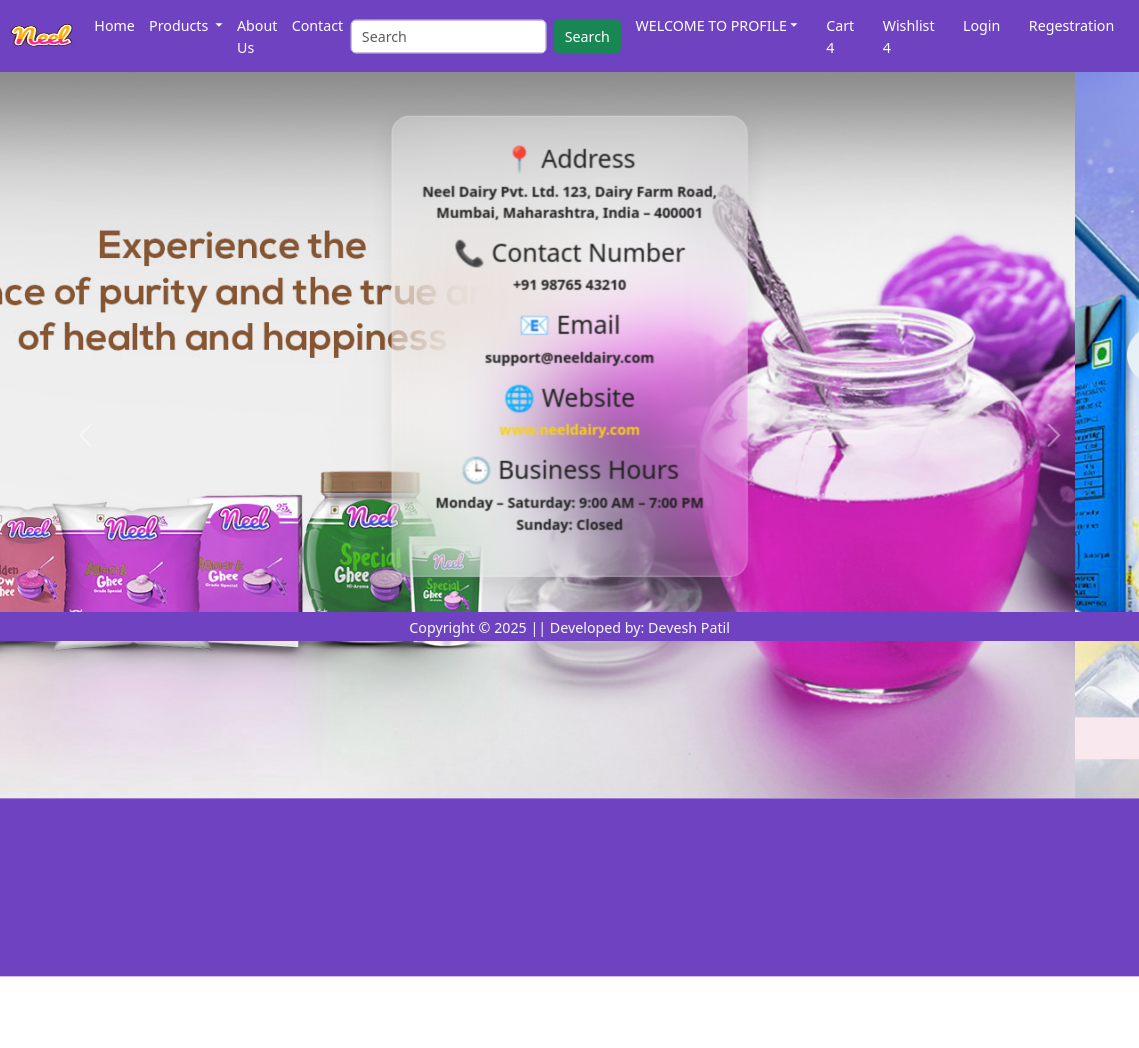
Repository: DeveshPatill/mydjango
Page: http://localhost/contact/
The author's editor kept a copy of each file at every save. The page is drawn from the files as they stood at one save, then again after the next save.
The browser window is 1280 px wide. The pictures show the whole page, at 89% of full size.
The page is served by the project's application, run on Django 5.2 (ec/manage.py). Other server files are loaded and not shown.

Above is the page before, as saved 2025-03-23 03:14:26.

### ec/app/templates/app/contact.html
{% extends 'app/base.html' %}
{% load static %}
{% block title %}About{% endblock title %}


{% block main-content %}
<!-- Background Image Carousel -->
<div id="backgroundCarousel" class="carousel slide" data-bs-ride="carousel">
    <div class="carousel-inner">
        <div class="carousel-item active">
            <img src="{%static 'app/images/banner/b1.jpg' %}" class="d-block w-100" alt="Dairy Banner 1">
        </div>
        <div class="carousel-item">
            <img src="{%static 'app/images/banner/b2.jpg' %}" class="d-block w-100" alt="Dairy Banner 2">
        </div>
        <div class="carousel-item">
            <img src="{%static 'app/images/banner/b3.jpg' %}" class="d-block w-100" alt="Dairy Banner 3">
        </div>
    </div>

    <!-- Carousel Controls -->
    <button class="carousel-control-prev" type="button" data-bs-target="#backgroundCarousel" data-bs-slide="prev">
        <span class="carousel-control-prev-icon" aria-hidden="true"></span>
        <span class="visually-hidden">Previous</span>
    </button>
    <button class="carousel-control-next" type="button" data-bs-target="#backgroundCarousel" data-bs-slide="next">
        <span class="carousel-control-next-icon" aria-hidden="true"></span>
        <span class="visually-hidden">Next</span>
    </button>
</div>

<!-- Fixed Contact Information (Centered Bottom) -->
<div class="contact-box mx-8 mt-5">
    <h3>📍 Address</h3>
    <p>Neel Dairy Pvt. Ltd.
    123, Dairy Farm Road, Mumbai, Maharashtra, India – 400001</p>

    <h3>📞 Contact Number</h3>
    <p>+91 98765 43210</p>

    <h3>📧 Email</h3>
    <p>support@neeldairy.com</p>

    <h3>🌐 Website</h3>
    <p><a href="https://www.neeldairy.com" target="_blank">www.neeldairy.com</a></p>

    <h3>🕒 Business Hours</h3>
    <p>Monday – Saturday: 9:00 AM – 7:00 PM
    Sunday: Closed</p>
</div>

<style>
    /* Set the carousel image size */
    .carousel-item img {
        width: 100%;
        height: 816px;
        object-fit: cover;
    }

    /* Contact Box - Fixed Center Bottom */
    .contact-box {
        position: absolute;
        bottom: 10%;
        left: 50%;
        transform: translate(-50%, 0);
        background: rgba(0, 0, 0, 0.7);
        color: white;
        padding: 20px;
        border-radius: 10px;
        text-align: center;
        width: 400px;
    }

    .contact-box a {
        color: #f8d210;
        text-decoration: none;
    }

    .contact-box a:hover {
        text-decoration: underline;
    }
    .contact-box {
    background: rgba(255, 255, 255, 0.2); /* More transparent, less white */
    backdrop-filter: blur(50px) saturate(180%); /* High blur + slight saturation for mirror effect */
    -webkit-backdrop-filter: blur(50px) saturate(180%);
    border-radius: 20px; /* Smooth corners */
    padding: 30px;
    color: #222; /* Darker text for contrast */
    font-weight: bold;
    box-shadow: 0 10px 25px rgba(0, 0, 0, 0.1); /* Softer and subtle depth */
    border: 1px solid rgba(255, 255, 255, 0.3); /* Thin border for a frosted look */
    }
</style>

<nav class="navbar navbar-expand-lg navbar-dark" style="background-color: #6f42c1; height: 200px;">
    <div class="container-fluid">
    </div>
</nav>
{% endblock main-content %}

### ec/app/templates/app/base.html
<!DOCTYPE html>
{% load static %}
<html lang="en">
<head>
    <meta charset="UTF-8">
    <meta http-equiv="X-UA-Compatible" content="IE=edge">
    <meta name="viewport" content="width=device-width, initial-scale=1.0">

    <link href="https://cdn.jsdelivr.net/npm/bootstrap@5.3.3/dist/css/bootstrap.min.css" rel="stylesheet" integrity="sha384-QWTKZyjpPEjISv5WaRU9OFeRpok6YctnYmDr5pNlyT2bRjXh0JMhjY6hW+ALEwIH" crossorigin="anonymous">

    <link rel="stylesheet" href="{% static 'app/css/owl.carousel.min.css' %}" />
    <link rel="stylesheet" href="{% static 'app/css/all.min.css' %}" />
    <link rel="stylesheet" href="{% static 'app/css/style.css' %}" />

    <title> Dairy Products | {% block title %} {% endblock title %} </title>
</head>
<body>
    <nav class="navbar navbar-expand-lg navbar-dark" style="background-color: #6f42c1;">
        <div class="container-fluid">
          <a class="navbar-brand" href="#">
            <img src="{% static 'app/images/product/Neel.png' %}" width="70px" height="55px"   />
          </a>
          <button class="navbar-toggler" type="button" data-bs-toggle="collapse" data-bs-target="#navbarSupportedContent" aria-controls="navbarSupportedContent" aria-expanded="false" aria-label="Toggle navigation">
            <span class="navbar-toggler-icon"></span>
          </button>
          <div class="collapse navbar-collapse" id="navbarSupportedContent">
            <ul class="navbar-nav me-auto mb-2 mb-lg-0">
              <li class="nav-item">
                <a class="nav-link active" aria-current="page" href="/">Home</a>
              </li>
              <li class="nav-item dropdown">
                <a class="nav-link dropdown-toggle text-white" href="#" role="button" data-bs-toggle="dropdown" aria-expanded="false">
                  Products
                </a>
                <ul class="dropdown-menu">
                  <li><a class="dropdown-item" href="{% url 'category' 'ML' %}">Milk</a></li>
                  <li><a class="dropdown-item" href="{% url 'category' 'CR' %}">Curd</a></li>
                  <li><a class="dropdown-item" href="{% url 'category' 'MS' %}">MilkShake</a></li>
                  <li><a class="dropdown-item" href="{% url 'category' 'LS' %}">Lassi</a></li>
                  <li><a class="dropdown-item" href="{% url 'category' 'GH' %}">Ghee</a></li>
                  <li><a class="dropdown-item" href="{% url 'category' 'PN' %}">Paneer</a></li>
                  <li><a class="dropdown-item" href="{% url 'category' 'CZ' %}">Cheese</a></li>
                  <li><a class="dropdown-item" href="{% url 'category' 'IC' %}">Ice-Cream</a></li>

                </ul>
              </li>
              <li class="nav-item">
                <a class="nav-link text-white" href="{% url 'about'  %}">About Us</a>
              </li>
              <li class="nav-item">
                <a class="nav-link text-white" href="{% url 'contact'  %}">Contact</a>
              </li>

            </ul>
            <form class="d-flex" role="search">
              <input class="form-control me-2" type="search" placeholder="Search" aria-label="Search">
              <button class="btn btn-success" type="submit">Search</button>
            </form>
          </div>
          <ul class="navbar-nav me-auto mb-2 mb-lg-0">
            <li class="nav-item dropdown mx-2">
                <a class="nav-link dropdown-toggle text-white" href="#" id="profileDropdown" role="button" data-bs-toggle="dropdown" aria-expanded="false">WELCOME TO PROFILE</a>
                <ul class="dropdown-menu" aria-labelledby="profileDropdown">
                    <li><a class="dropdown-item" href="#">Profile</a></li>
                    <li><a class="dropdown-item" href="#">Orders</a></li>
                    <li><a class="dropdown-item" href="#">Change Password</a></li>
                    <li><a class="dropdown-item" href="#">Logout</a></li>
                </ul>
            </li>
            <li class="nav-item mx-2">
                <a href="#" class="nav-link text-white">Cart 4</a>
            </li>
            <li class="nav-item mx-2">
                <a href="#" class="nav-link text-white">Wishlist 4</a>
            </li>
            <li class="nav-item mx-2">
                <a href="#" class="nav-link text-white">Login</a>
            </li>
            <li class="nav-item mx-2">
                <a href="#" class="nav-link text-white">Regestration</a>
            </li>

          </ul>
        </div>
      </nav>
      {% block banner-slider %}{% endblock banner-slider %}

      {% block information %}{% endblock information %}

      {% block main-content %}{% endblock main-content %}

    <footer class="text-center text-light py-3 fixed-bottom" style="background-color: #6f42c1; height: 5px; line-height: 2px;">
        Copyright © 2025 || Developed by: Devesh Patil
    </footer>






    <script src="https://cdn.jsdelivr.net/npm/@popperjs/core@2.11.8/dist/umd/popper.min.js" integrity="sha384-I7E8VVD/ismYTF4hNIPjVp/Zjvgyol6VFvRkX/vR+Vc4jQkC+hVqc2pM8ODewa9r" crossorigin="anonymous"></script>
    <script src="https://cdn.jsdelivr.net/npm/bootstrap@5.3.3/dist/js/bootstrap.min.js" integrity="sha384-0pUGZvbkm6XF6gxjEnlmuGrJXVbNuzT9qBBavbLwCsOGabYfZo0T0to5eqruptLy" crossorigin="anonymous"></script>

    <script src=https://cdnjs.cloudflare.com/ajax/libs/jquery/3.7.1/jquery.min.js></script>


    <script script="{% static 'app/js/owl.carousel.min.js' %}"></script>
    <script script="{% static 'app/js/all.min.js' %}"></script>
    <script script="{% static 'app/js/myscript.js' %}"></script>

</body>
</html>

### ec/app/views.py
from django.shortcuts import render
from django.http import HttpResponse
from django.views import View
from urllib import request
from . models import Product
from django.db.models import Count

# Create your views here.
def home(request):
    return render(request,"app/home.html")

def about(request):
    return render(request,"app/about.html")

def contact(request):
    return render(request,"app/contact.html")


class CategoryView(View):
    def get(self,request,val):
        product = Product.objects.filter(category=val)
        title=Product.objects.filter(category=val).values('title')
        return render(request,"app/category.html",locals())

class CategoryTitle(View):
    def get(self,request,val):
        product = Product.objects.filter(title=val)
        title = Product.objects.filter(category=product[0].category).values('title')
        return render(request,"app/category.html",locals())


class ProductDetail(View):
    def get(self,request,pk):
        product = Product.objects.get(pk=pk)
        return render(request,"app/productdetail.html",locals())

### ec/ec/urls.py
"""
URL configuration for ec project.

The `urlpatterns` list routes URLs to views. For more information please see:
    https://docs.djangoproject.com/en/5.1/topics/http/urls/
Examples:
Function views
    1. Add an import:  from my_app import views
    2. Add a URL to urlpatterns:  path('', views.home, name='home')
Class-based views
    1. Add an import:  from other_app.views import Home
    2. Add a URL to urlpatterns:  path('', Home.as_view(), name='home')
Including another URLconf
    1. Import the include() function: from django.urls import include, path
    2. Add a URL to urlpatterns:  path('blog/', include('blog.urls'))
"""

from django.contrib import admin
from django.urls import path,include

urlpatterns = [
    path("admin/", admin.site.urls),
    path("", include("app.urls")),

]

### ec/app/urls.py
from django.urls import path
from .import views
from django.conf import settings
from django.conf.urls.static import static

urlpatterns = [
    path("",views.home),
    path("about/",views.about,name="about"),
    path("contact/",views.contact,name="contact"),
    path("category/<slug:val>",views.CategoryView.as_view(),name="category"),
    path("category-title/<val>",views.CategoryTitle.as_view(),name='category-title'),
    path("product-detail/<int:pk>",views.ProductDetail.as_view(),name="product-detail"),
]+static(settings.MEDIA_URL,document_root=settings.MEDIA_ROOT)

### ec/app/static/app/css/style.css
.owl-carousel .item{
 /* border: 1px solid black; */
 font-size: 24px;
 text-align: center;
 margin-top: 20px;
 transition: transform .5s ease;
}

 .owl-carousel .item:hover{
    /* border: 1px solid black; */
    transform : scale(1.1);
}

/* .owl-carousel img{
    transition: transform .5s ease;
  }
 .owl-carousel img:hover{

    transform : scale(1.25);
} */

.owl-next{
 float:right;
}
.owl-prev{
 float:left;
}
.owl-prev span{
 font-size: 24px;
 font-weight: bold;
}
.owl-next span{
 font-size: 24px;
 font-weight: bold;
}




.buttermilk{
    background-color:#fff;background-image:linear-gradient(#fff7ef, #fff);
    background-image:-webkit-linear-gradient(#fff7ef, #fff);
    background-image:-moz-linear-gradient(#fff7ef, #fff);
    background-image:-ms-linear-gradient(#fff7ef, #fff);
    background-image:-o-linear-gradient(#fff7ef, #fff);
    padding:50px 40px;
    border:1px solid #efe8e1;
    padding-bottom:20px;
}

.smbg{
    background-color:#fff;
    background-image:linear-gradient(rgba(110, 69, 143, 0.1), #fff);
    background-image:-webkit-linear-gradient(rgba(110, 69, 143, 0.1), #fff);
    background-image:-moz-linear-gradient(rgba(110, 69, 143, 0.1), #fff);
    background-image:-ms-linear-gradient(rgba(110, 69, 143, 0.1), #fff);
    background-image:-o-linear-gradient(rgba(110, 69, 143, 0.1), #fff);
}

.curdbgpro{
    background-color:#fff;
    background-image:linear-gradient(rgba(10, 77, 123, 0.1), #fff);
    background-image:-webkit-linear-gradient(rgba(10, 77, 123, 0.1), #fff);
    background-image:-moz-linear-gradient(rgba(10, 77, 123, 0.1), #fff);
    background-image:-ms-linear-gradient(rgba(10, 77, 123, 0.1), #fff);
    background-image:-o-linear-gradient(rgba(10, 77, 123, 0.1), #fff);
}

.goodnessseccont img{
    width:100%;
}

.mlkpro{
    color:#636362;
    font-size:22px;
    line-height:22px;
    margin-bottom:15px;
    width:43%;
    margin:0 auto;
    text-align:center;

}

.goodnesssec a{
    text-decoration: none;
}


/*------------------------------------------------*/
body {
    padding-bottom: 80px; /* Adjust this value based on footer height */
}

Loaded but not shown: ec/app/static/app/css/owl.carousel.min.css (library); ec/app/static/app/css/all.min.css (library)

After the next save:
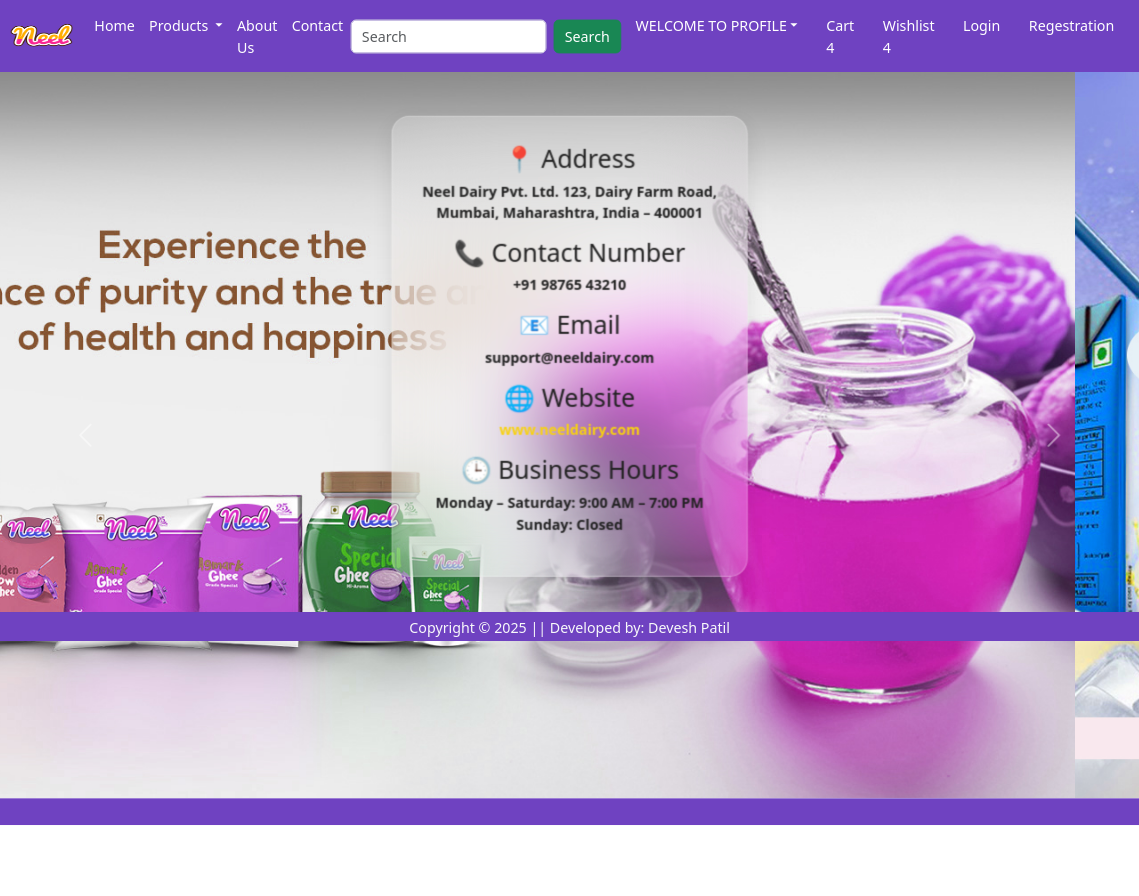
Saved 19 s later.
--- a/ec/app/templates/app/contact.html
+++ b/ec/app/templates/app/contact.html
@@ -92,7 +92,7 @@
     }
 </style>
 
-<nav class="navbar navbar-expand-lg navbar-dark" style="background-color: #6f42c1; height: 200px;">
+<nav class="navbar navbar-expand-lg navbar-dark" style="background-color: #6f42c1; height: 30px;">
     <div class="container-fluid">
     </div>
 </nav>

After the save that followed:
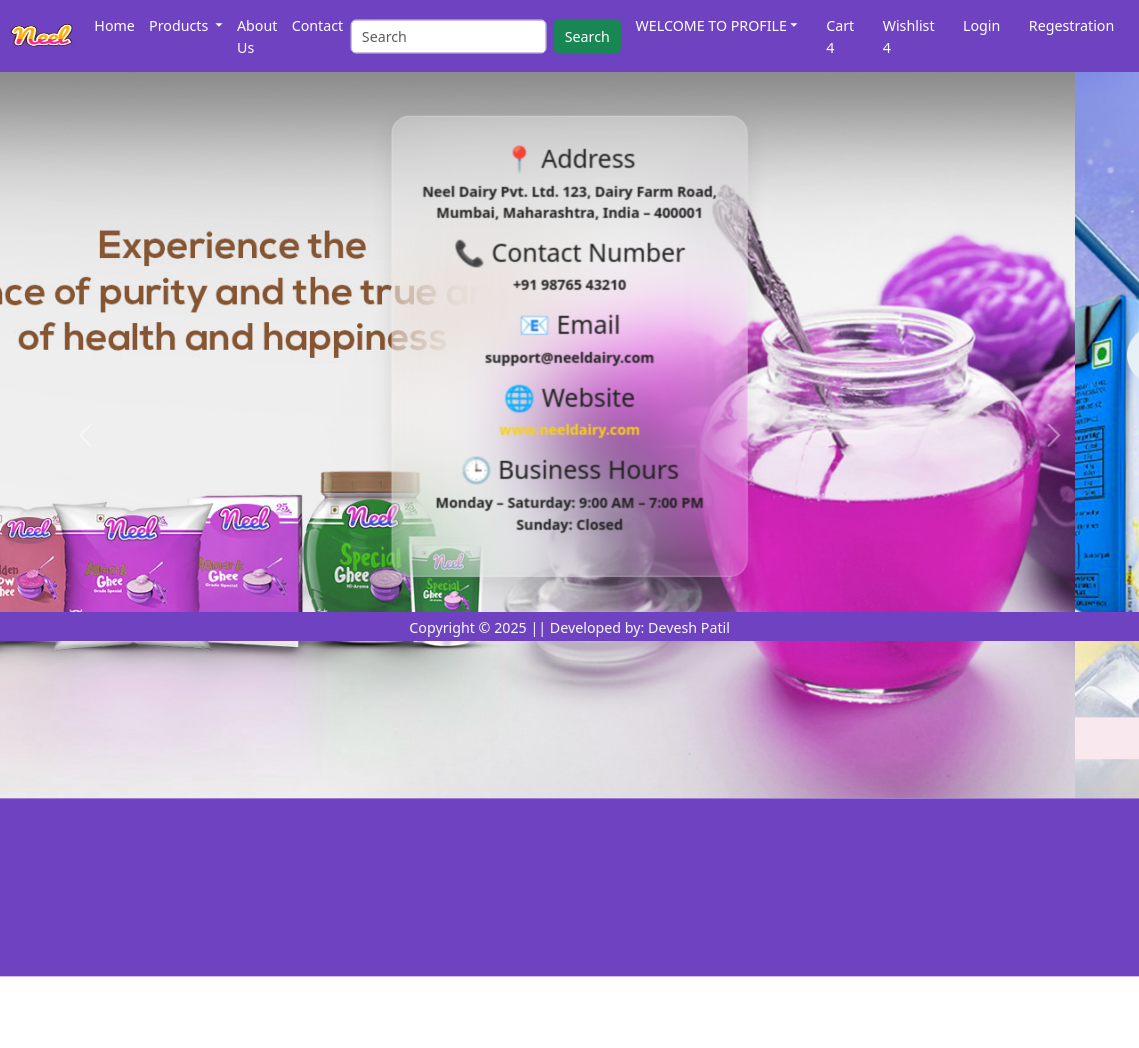
Saved 27 s later.
--- a/ec/app/templates/app/contact.html
+++ b/ec/app/templates/app/contact.html
@@ -92,7 +92,7 @@
     }
 </style>
 
-<nav class="navbar navbar-expand-lg navbar-dark" style="background-color: #6f42c1; height: 30px;">
+<nav class="navbar navbar-expand-lg navbar-dark" style="background-color: #6f42c1; height: 200px;">
     <div class="container-fluid">
     </div>
 </nav>
